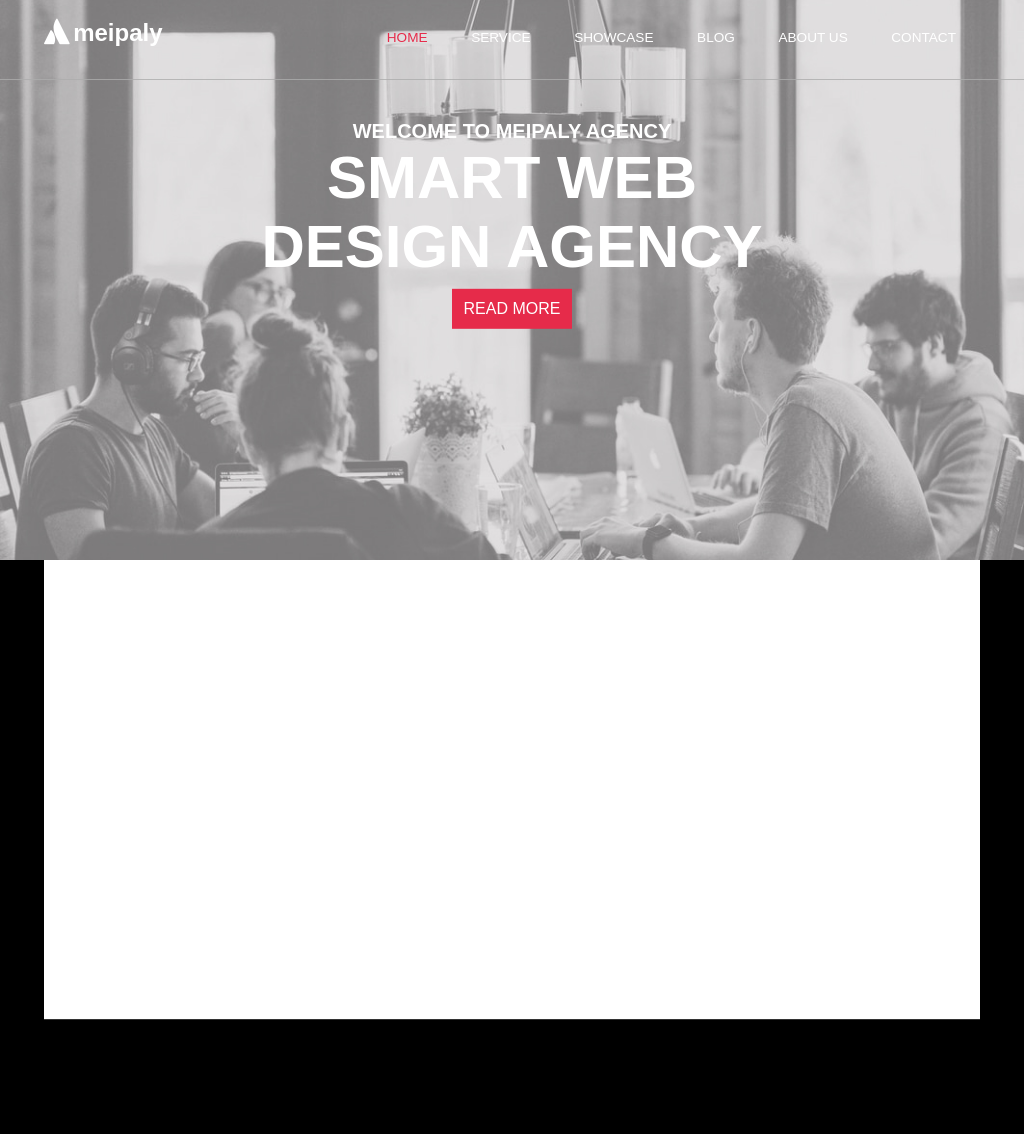
Repository: ToanNguyenThai/Meipaly
Page: index.html
The author's editor kept a copy of each file at every save. The page is drawn from the files as they stood at one save, then again after a run of saves.
The browser window is 1280 px wide. The pictures show the whole page, at 80% of full size.

Above is the page before, as saved 2021-12-04 15:41:20.

After the next 2 saves:
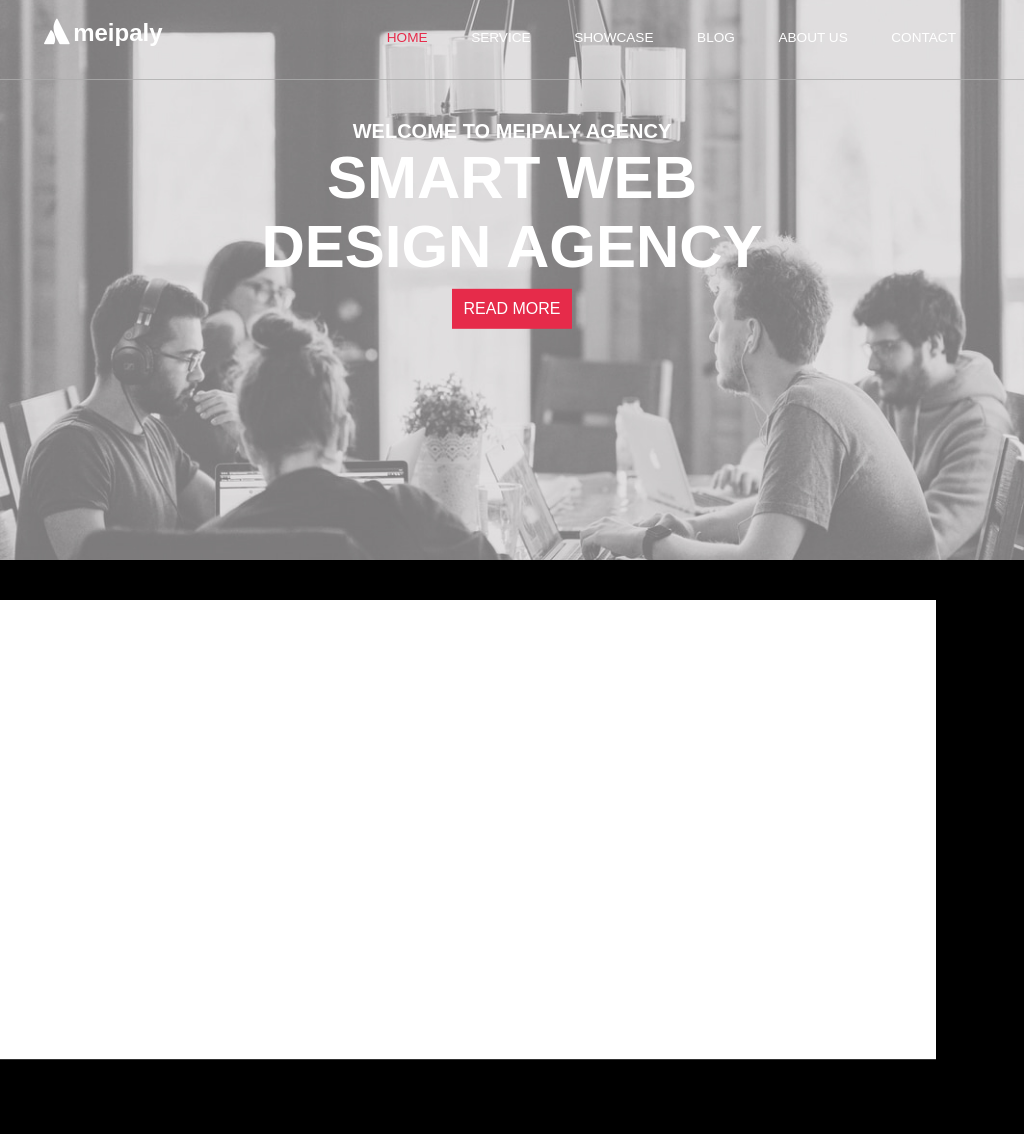
The 2 saves are shown as one change because they came seconds apart.
The last was saved 10 s later.
--- a/css/style.css
+++ b/css/style.css
@@ -101,11 +101,12 @@
     position: relative;
 }
 .service__content{
+    position: absolute;
     margin: 0 auto;
     height: 80%;
     width: 100%;
     max-width: 1170px;
     background-color: #fff;
-    padding-top: 50px;
+    top: 50px;
 
 }

After the save that followed:
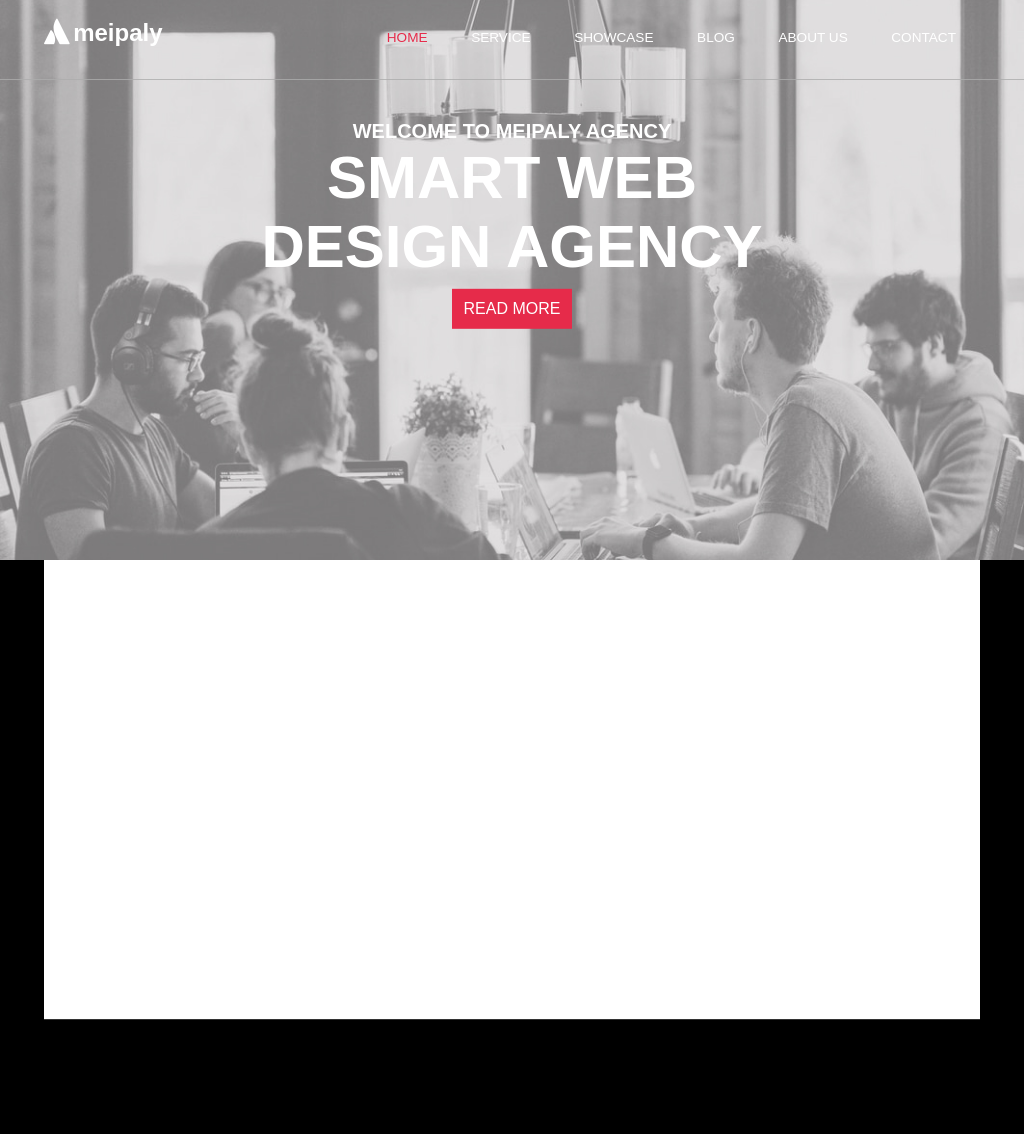
Saved 10 s later.
--- a/css/style.css
+++ b/css/style.css
@@ -98,10 +98,9 @@
     height: 100%;
     height: 717.6px;
     background-color: black;
-    position: relative;
+
 }
 .service__content{
-    position: absolute;
     margin: 0 auto;
     height: 80%;
     width: 100%;
